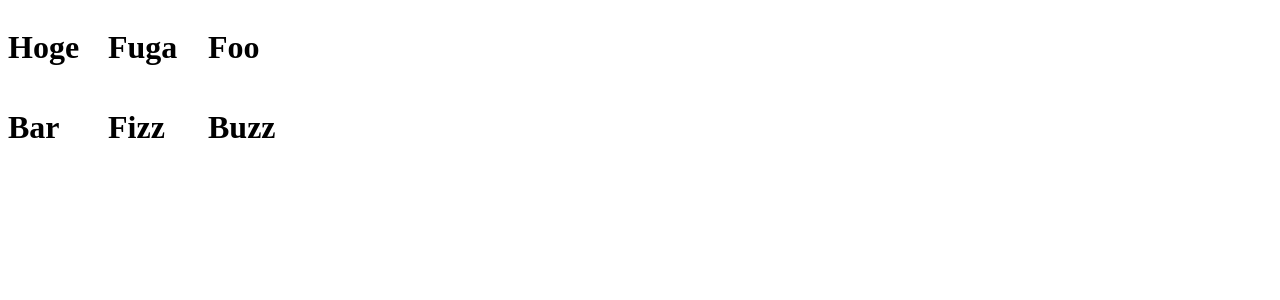
Repository: nakamurayuu/samurai_HTML-CSS
Page: rennsyuu.html
The author's editor kept a record of every edit. The page is drawn from the files as they stood at one moment, then again after the next edit.
The browser window is 1280 px wide. The pictures show the whole page.

Above is the page before.

After the next edit:
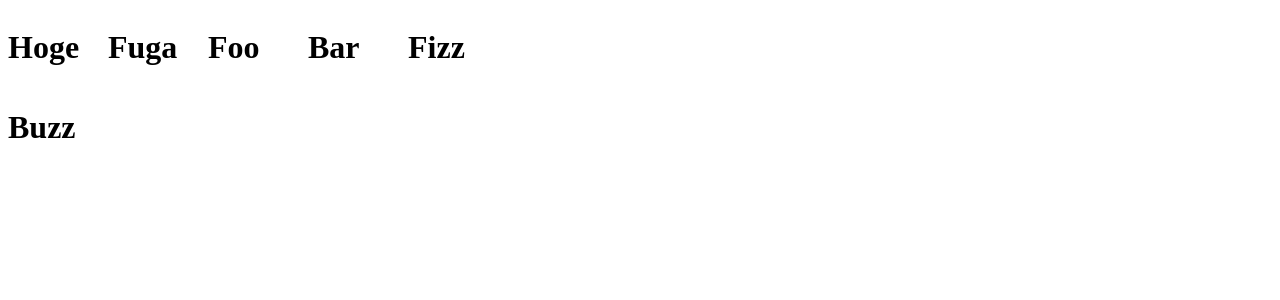
The edit:
--- a/rennsyuu.html
+++ b/rennsyuu.html
@@ -3,7 +3,7 @@
         <style>
             #grid{
                 display: grid;
-                grid-template-columns: 100px 100px 100px;
+                grid-template-columns: 100px 100px 100px 100px 100px;
             }
         </style>
     </head>
